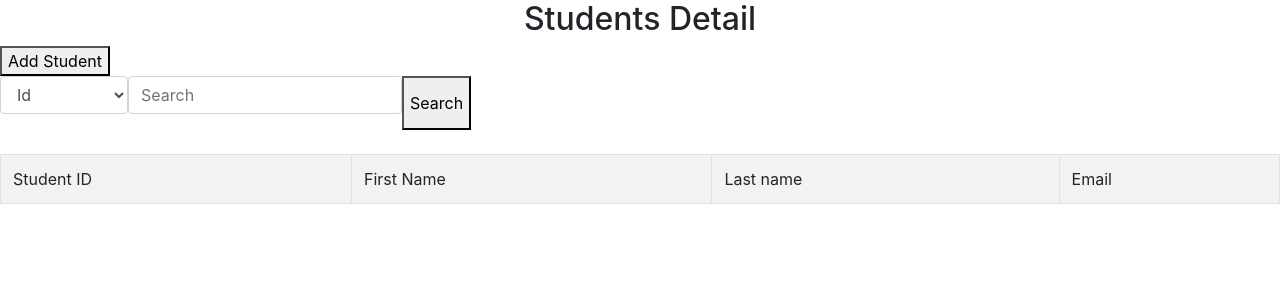
Repository: manvendra-24/jsp-servlets
Page: http://localhost/12-student-mvc-db/StudentController
The author's editor kept a copy of each file at every save. The page is drawn from the files as they stood at one save, then again after the next save.
The browser window is 1280 px wide. The pictures show the whole page.
The page is served by Tomcat 9. Queries for data that is not in the repository find no rows.

Above is the page before, as saved 2024-07-18 18:45:59.

After the next save:
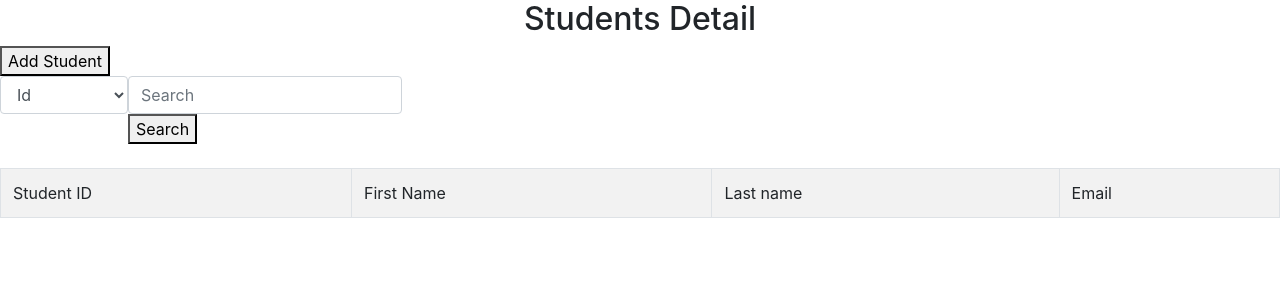
Saved 3 min 9 s later.
--- a/12-student-mvc-db/WebContent/view-students.jsp
+++ b/12-student-mvc-db/WebContent/view-students.jsp
@@ -28,10 +28,10 @@
 			</select>
 		</div>
 		<div class="form-outline">
-			<input type="search" id="input" name="input" class="form-control"
-				placeholder="Search" />
+			<input type="search" id="input" name="input" class="form-control" placeholder="Search" />
+			<button type="submit" value="submit">Search</button>
 		</div>
-		<button type="submit" value="submit">Search</button>
+
 	</form>
 	<table border="1" class="table table-striped table-bordered mt-4">
 		<tr>

After the save that followed:
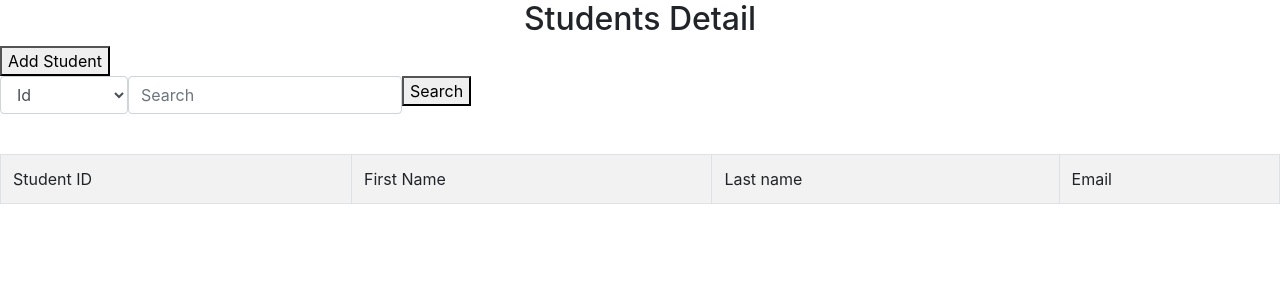
Saved 2 min 59 s later.
--- a/12-student-mvc-db/WebContent/view-students.jsp
+++ b/12-student-mvc-db/WebContent/view-students.jsp
@@ -16,7 +16,7 @@
 
 	<a href="add-student.jsp">
 		<button class="btn-btn-primary">Add Student</button>
-	</a>
+	</a><br>
 	<form class="input-group" action="StudentController" method="get">
 		<input type="hidden" name="command" value="search" />
 		<div class="form-group">
@@ -29,9 +29,10 @@
 		</div>
 		<div class="form-outline">
 			<input type="search" id="input" name="input" class="form-control" placeholder="Search" />
+		</div>
+		<div class="form-outline">
 			<button type="submit" value="submit">Search</button>
 		</div>
-
 	</form>
 	<table border="1" class="table table-striped table-bordered mt-4">
 		<tr>
